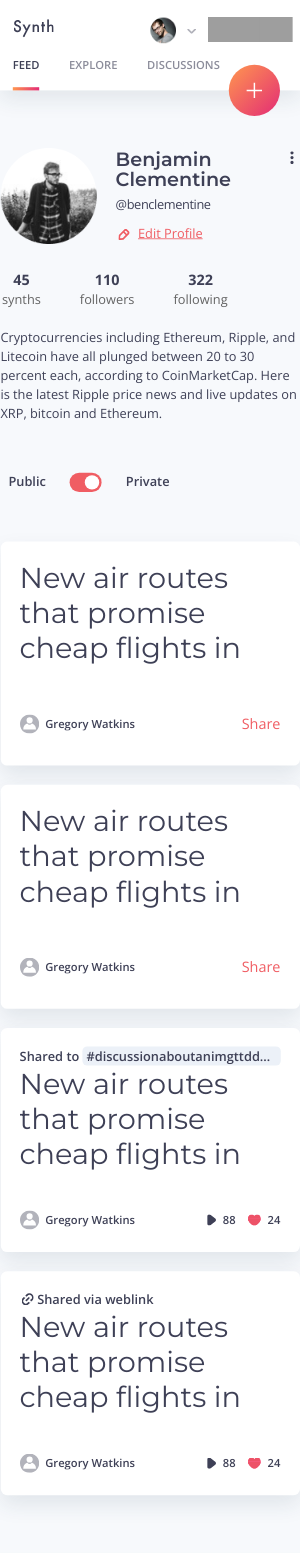
Repository: ecspetra/swivl-test-task
Page: index.html
An editor plug-in stored every save of this project. The page is shown before and after the next save, followed by the edit.
The browser window is 375 px wide. The pictures show the whole page, at 80% of full size.
Pictures or frames that could not be fetched are drawn as grey boxes. The style sheet was rebuilt from its Sass, Less or Tailwind sources for each picture, by a compiler version that may differ from the author's.

Above is the page before, as saved 2021-12-11 10:37:23.

After the next save:
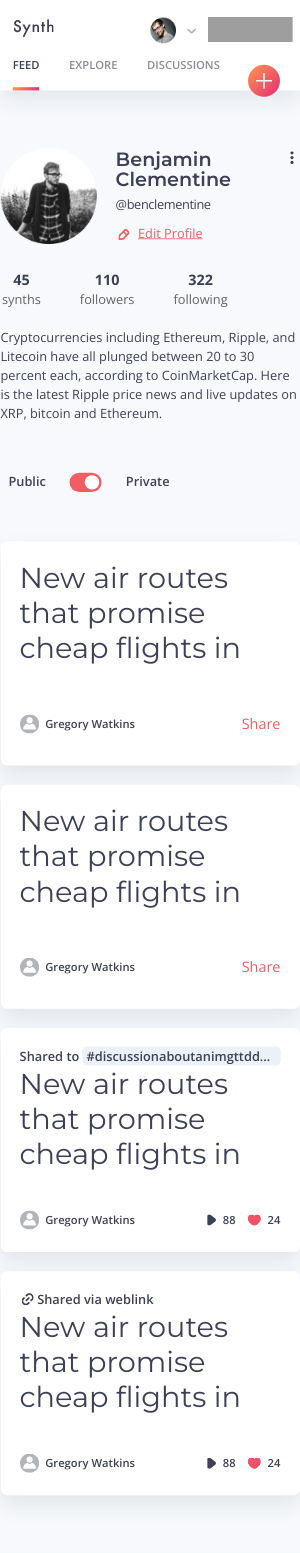
Saved 51 s later.
--- a/scss/style.scss
+++ b/scss/style.scss
@@ -838,8 +838,12 @@ p {
     left: auto;
   }
 }
-@media (max-width: 768px) {
+@media (max-width: 480px) {
   .header__username {
     display: none;
   }
-}
+  .header__btn-wrapper {
+    width: 40px;
+    height: 40px;
+  }
+}
